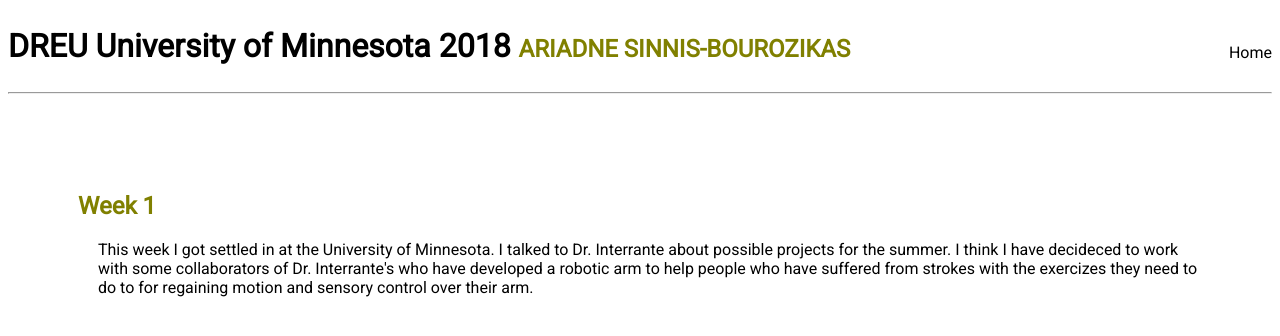
Repository: ariadnesb/dreu2018
Page: journal.html
The author's editor kept a record of every edit. The page is drawn from the files as they stood at one moment, then again after the next edit.
The browser window is 1280 px wide. The pictures show the whole page.

Above is the page before.

### journal.html
<!DOCTYPE html>
<html>
    <head>
        <title>It's me</title>
        <link rel="stylesheet" href="styles.css">
        <link href="https://fonts.googleapis.com/css?family=Roboto" rel="stylesheet">
    </head>
</html>

<body>
    <div id="header">
        <br>
        <h1>DREU University of Minnesota 2018 </h1>
        <h2>ARIADNE SINNIS-BOUROZIKAS</h2>

        <ul class="nav-bar">
            <li><a href="./index.html">Home</a></li>
        </ul>
         <br>
        <br>
        <hr>

    </div>


    <div id = "journal">
        <h2> Week 1 </h2>
        <p>
            This week I got settled in at the University of Minnesota. I talked to
            Dr. Interrante about possible projects for the summer. I think I have
            decideced to work with some collaborators of Dr. Interrante's who have
            developed a robotic arm to help people who have suffered from strokes with
            the exercizes they need to do to for regaining motion and sensory control
            over their arm.

        </p>
    </div>


</body>

### styles.css
html {
  /* everything that u put here will impact contents of <html>
  aka everything */
  font-family: 'Roboto', sans-serif;
  background-color: offwhite;

}

#custom-id {
    background-color: black;
    color: white;
}

.custom-class{
    color: blue;
    display: inline;

}

#name {
    color: #66D167;
}

#header h1 {
    display: inline;
}

#header h2 {
    display: inline;
    color: olive;
}

#header .nav-bar  {
    display: inline;
    float: right;
    list-style-type: none;

}

#header li {
    display: inline;
    padding: 0;
    background-color: none;
}

 a {
    text-decoration: none;
    display: inline;
    color: black;

}

 a:hover {
    background-color: olive;
    display: inline;
    color:white;
}

#emb_link {
    text-decoration: underline;
}

#journal {
    display:inline-block;
    margin: 70px;
}

#journal h2 {
    color: olive;
}

#journal p{
    margin-left: 20px;
}

#paragraph {
    margin: 70px;
}

After the next edit:
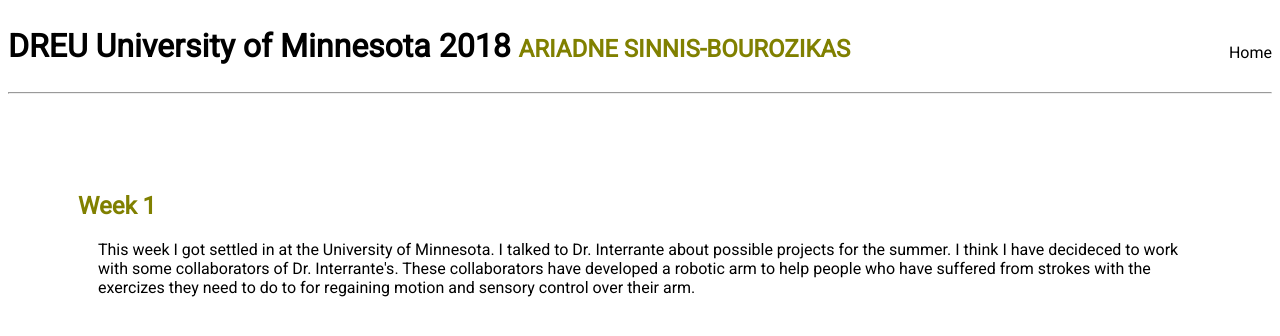
The edit:
--- a/journal.html
+++ b/journal.html
@@ -28,8 +28,8 @@
         <p>
             This week I got settled in at the University of Minnesota. I talked to
             Dr. Interrante about possible projects for the summer. I think I have
-            decideced to work with some collaborators of Dr. Interrante's who have
-            developed a robotic arm to help people who have suffered from strokes with
+            decideced to work with some collaborators of Dr. Interrante's. These collaborators
+            have developed a robotic arm to help people who have suffered from strokes with
             the exercizes they need to do to for regaining motion and sensory control
             over their arm.
 
